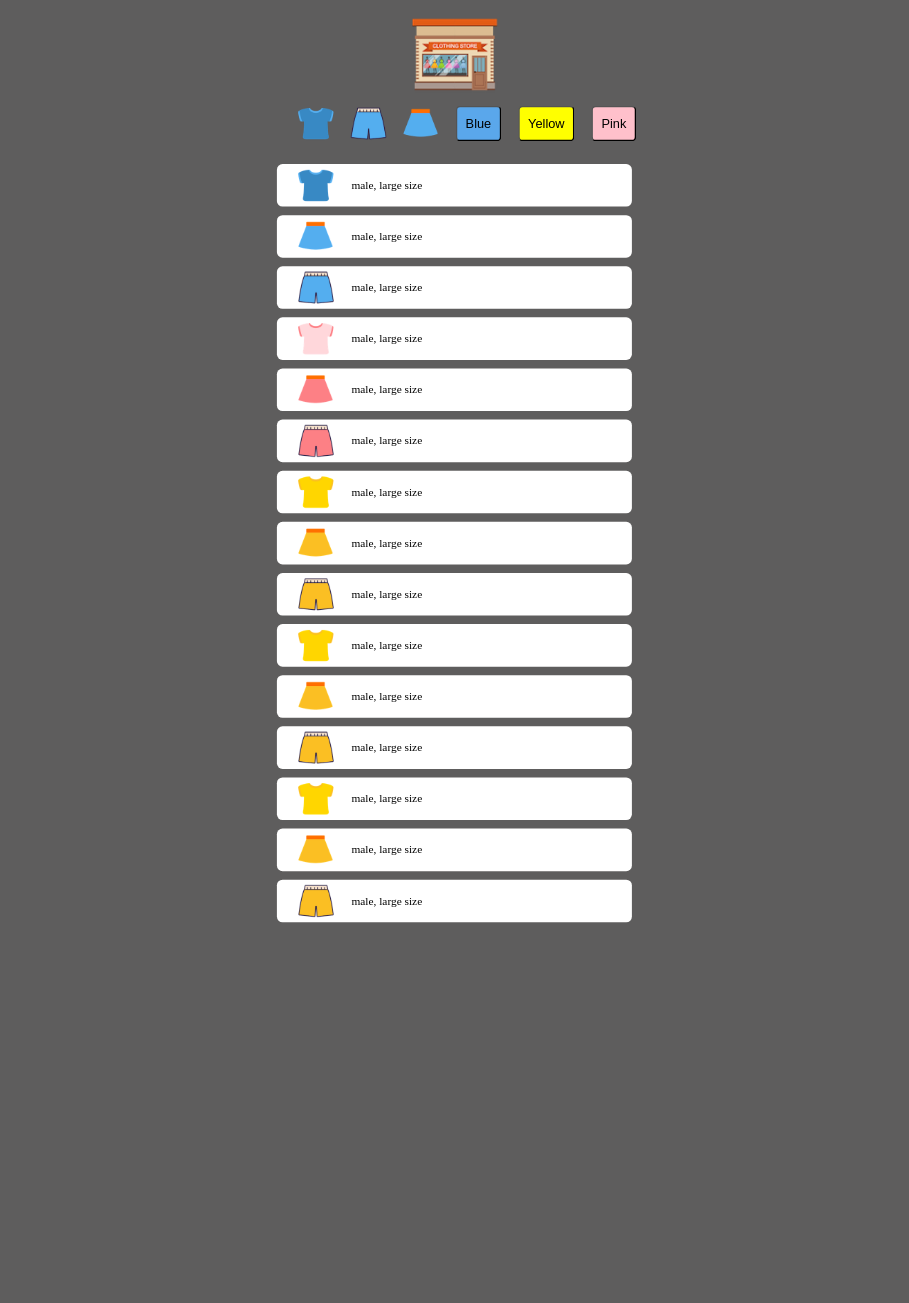
Repository: keehoonjung/Shoppingmall-Game
Page: index.html
The author's editor kept a copy of each file at every save. The page is drawn from the files as they stood at one save, then again after the next save.
The browser window is 1280 px wide. The pictures show the whole page, at 71% of full size.
An inner scrolling area shows only its first screen.

Above is the page before, as saved 2021-08-12 14:50:05.

After the next save:
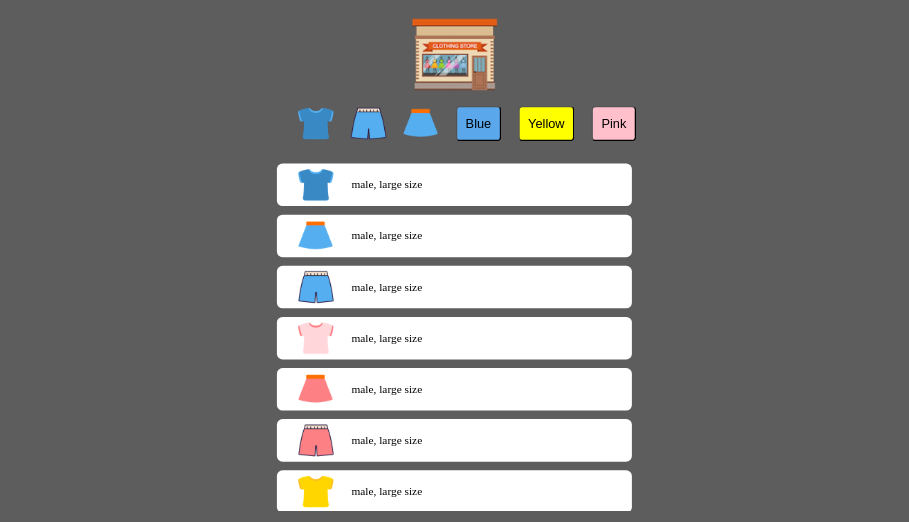
Saved 14 s later.
--- a/style.css
+++ b/style.css
@@ -62,7 +62,7 @@ header {
 .items {
   padding: 0;
   overflow-y: auto;
-  height: 1600px;
+  height: 500px;
 }
 
 .item {
